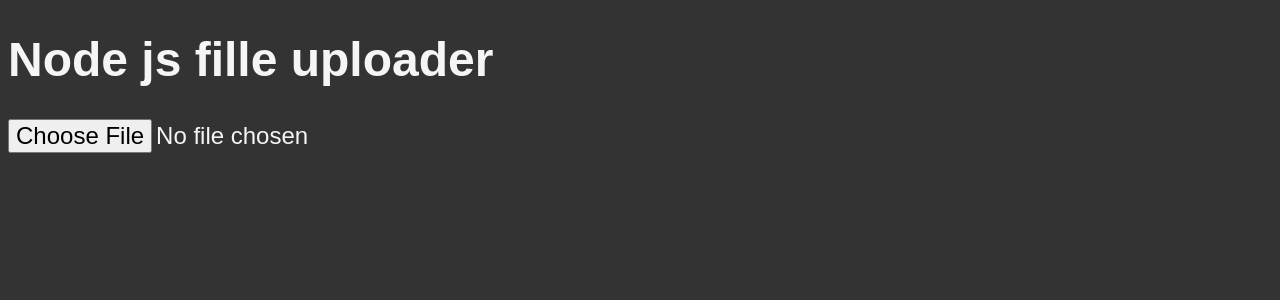
Repository: mohamediyas/node_image_upload
Page: index.html
These files come from the project's save history. The page is drawn as it stood at one moment and after the next save; the edit follows.
The browser window is 1280 px wide. The pictures show the whole page.

Above is the page before, as saved 2022-06-20 19:19:32.

After the next save:
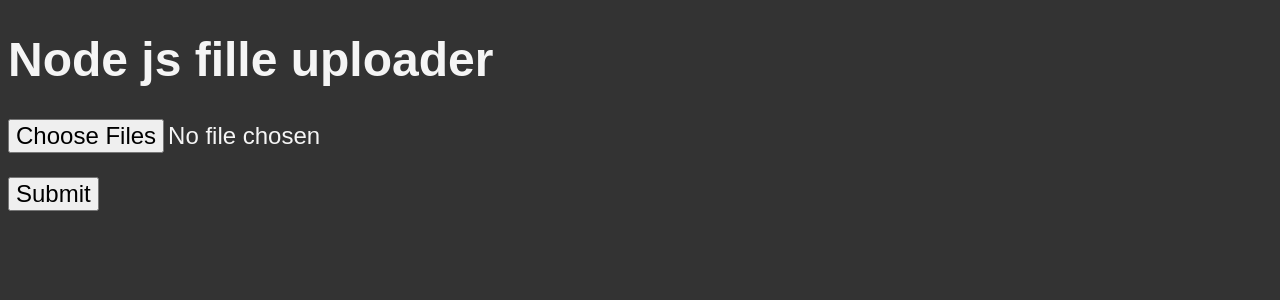
Saved 50 s later.
--- a/index.html
+++ b/index.html
@@ -30,7 +30,8 @@
     <h1>Node js fille uploader</h1>
 
     <form id="uploadForm" enctype="multipart/form-data">
-      <input type="file" id="myFiles" accept="image/*" />
+      <input type="file" id="myFiles" accept="image/*" multiple />
+      <button>Submit</button>
     </form>
   </body>
 </html>
